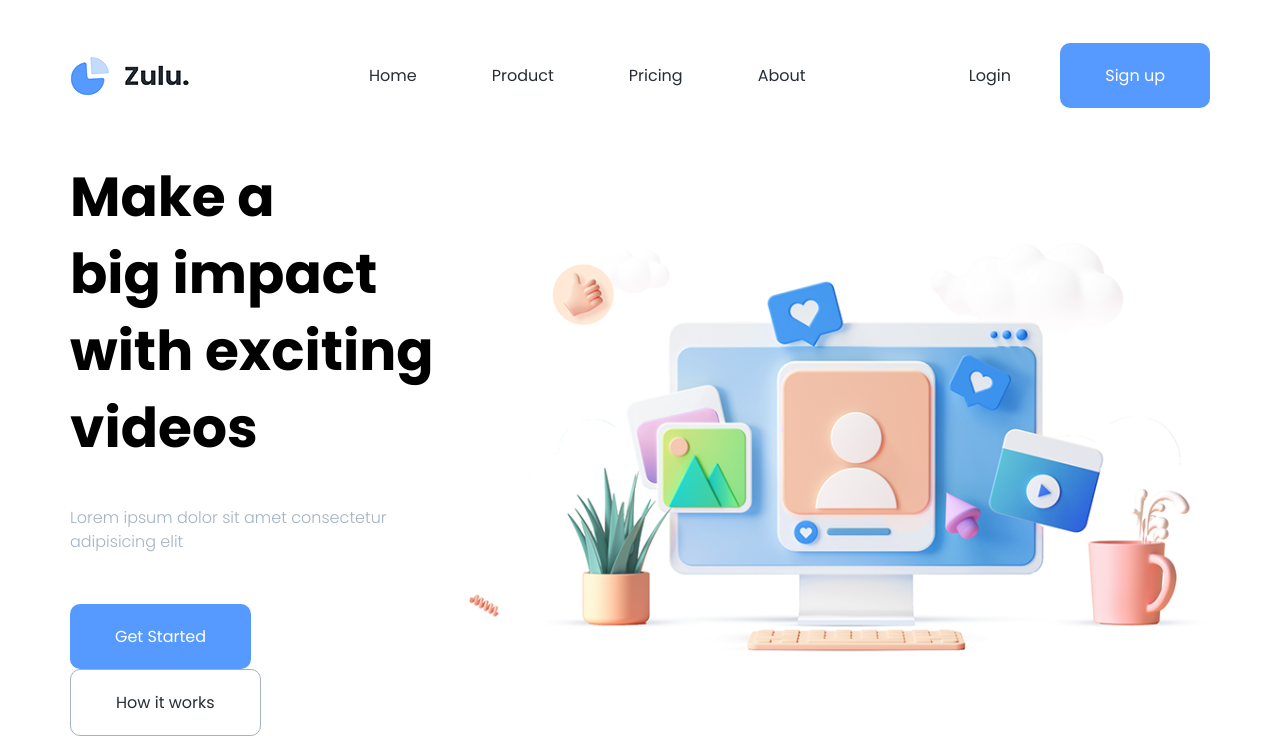
Repository: baodien1405/zulu-landing-page
Page: index.html
An editor plug-in stored every save of this project. The page is shown before and after the next save, followed by the edit.
The browser window is 1280 px wide. The pictures show the whole page.
The style sheet was rebuilt from its Sass, Less or Tailwind sources for each picture, by a compiler version that may differ from the author's.

Above is the page before, as saved 2021-06-22 15:55:37.

After the next save:
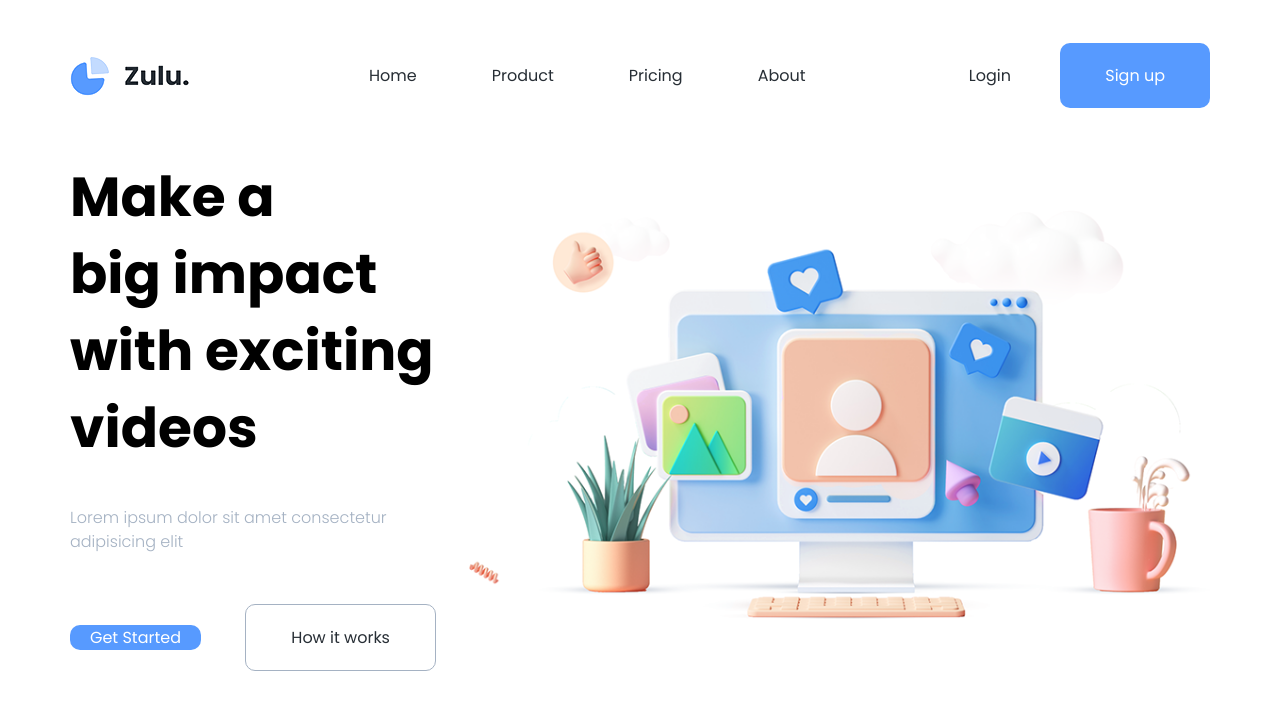
Saved 37 s later.
--- a/_banner.scss
+++ b/_banner.scss
@@ -31,6 +31,7 @@
   &-links {
     .button:first-child {
       margin-right: 40px;
+      padding: 0 20px;
     }
   }
 }
